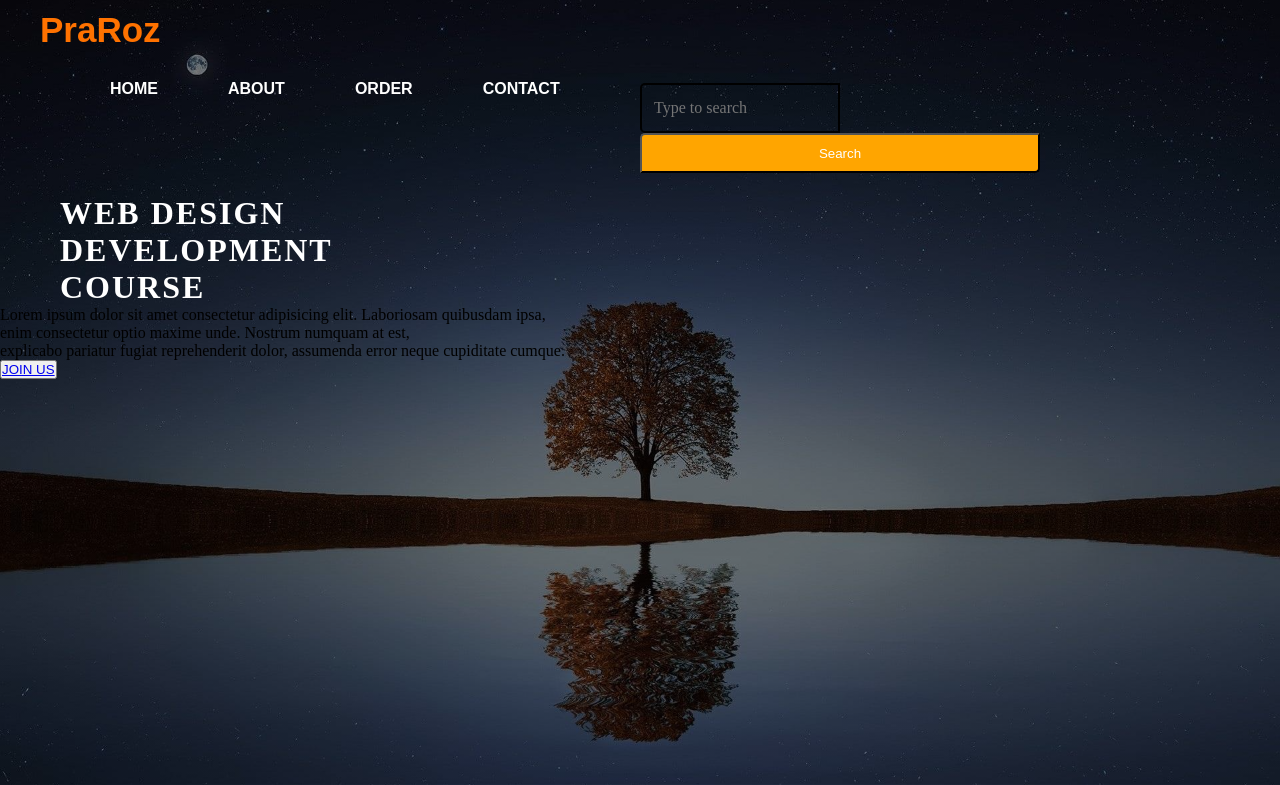
Repository: Cedrqmwesigwa/web-design-course
Page: index.html
An editor plug-in stored every save of this project. The page is shown before and after the next save, followed by the edit.
The browser window is 1280 px wide. The pictures show the whole page.

Above is the page before, as saved 2024-04-03 20:31:43.

### index.html
<!DOCTYPE html>
<html lang="en">
<head>
    <title>Web development html</title>
    <link rel="stylesheet" href="style.css"/>
</head>
<body>
    <div class="main">
        <div class="navbar">

            <div class="icon">
                <h2 class="logo">PraRoz</h2>
            </div>

            <div class="menu">
                <ul>
                    <li><a href="#">HOME</a></li>
                    <li><a href="#">ABOUT</a></li>
                    <li><a href="#">ORDER</a></li>
                    <li><a href="#">CONTACT</a></li>
                </ul>
            </div>

            <div class="search">
                <input type="search" class="srch" name="" placeholder="Type to search">
                <a href="#"><button class="btn">Search</button></a>
            </div>

        </div>

        <div class="content">
            <h1>WEB DESIGN <br>
            <span>DEVELOPMENT</span>
            <br>COURSE</h1>
        </div>

        <p class="par">Lorem ipsum dolor sit amet consectetur adipisicing elit. Laboriosam quibusdam ipsa,<br>
            enim consectetur optio maxime unde. Nostrum numquam at est,
            <br>explicabo pariatur fugiat reprehenderit dolor, assumenda error neque cupiditate cumque.
        </p>


        <button class="cn">
            <a href="#">JOIN US</a>
        </button>
    </div>


</body>
</html>

### style.css
*{
    margin: 0;
    padding: 0;
}

.main{
    width: 100% ;
    background: linear-gradient(to top, rgba(0,0,0,0.5)50%, rgba(0, 0, 0, 0.5)50%), url(1.jpg);
    background-position: center;
    background-size: cover;
    height: 109vh;
}

.navbar{
    width: 1200px;
    height: 75px;
    margin:  auto;
}

.icon{
    width: 200px;
    font: left;
    height: 70px;
}

.logo {
    color: #ff7200;
    font-size: 35px;
    font-family: Arial;
    float: left;
    padding-top: 10px;
}

.menu{
    width: 400px;
    float: left;
    height: 70px;
}

ul{
    float: left;
    display: flex;
    justify-content: center;
    align-items: center;
}

ul li{
    list-style: none;
    margin-left: 70px;
    margin-top: 10px;
    font-size: 16px;
}

ul li a{
    text-decoration: none;
    color: white;
    font-family: Arial;
    font-weight: bold;
    transition: .4 ease-in-out;
}

ul li a:hover{
    color:#ff7200
}

.search{
    width: 400px;
    float: left;
    margin-left: 200px;
}

.srch{
    font-family: "Times New Roman";
    width: 200px;
    height: 50px;
    padding: 3%;
    background: transparent;
    border-top: 5px;
    border-bottom-left-radius: 5px;
    border-top-left-radius: 5px;
    font-size: 16px;
    color: white;
    margin-top:13px;
    border: 2px solid  #000;
}

.btn{
    width:100%;
    height: 40px;
    background: orange;
    color: white;
    border-bottom-right-radius: 5px;
    border-top-left-radius: 5px;
}

.btn:focus{
    outline: none;
}
.srch:focus{
    outline:none;
}

.content{
    width: 1200px;
    height: auto;
    margin: auto;
    color: white;
    position: relative
}
.content.par{
    padding-left: 20px;
    padding-bottom: 20px;
    font-family: Arial;
    letter-spacing: 1.2px;
    line-height: 30px;
}

.content h1{
    font-family: 'Times New Roman', Times, serif;
    size: 50px;
    padding-left: 20px;
    margin-top: 10%;
    letter-spacing: 2px;
}

After the next save:
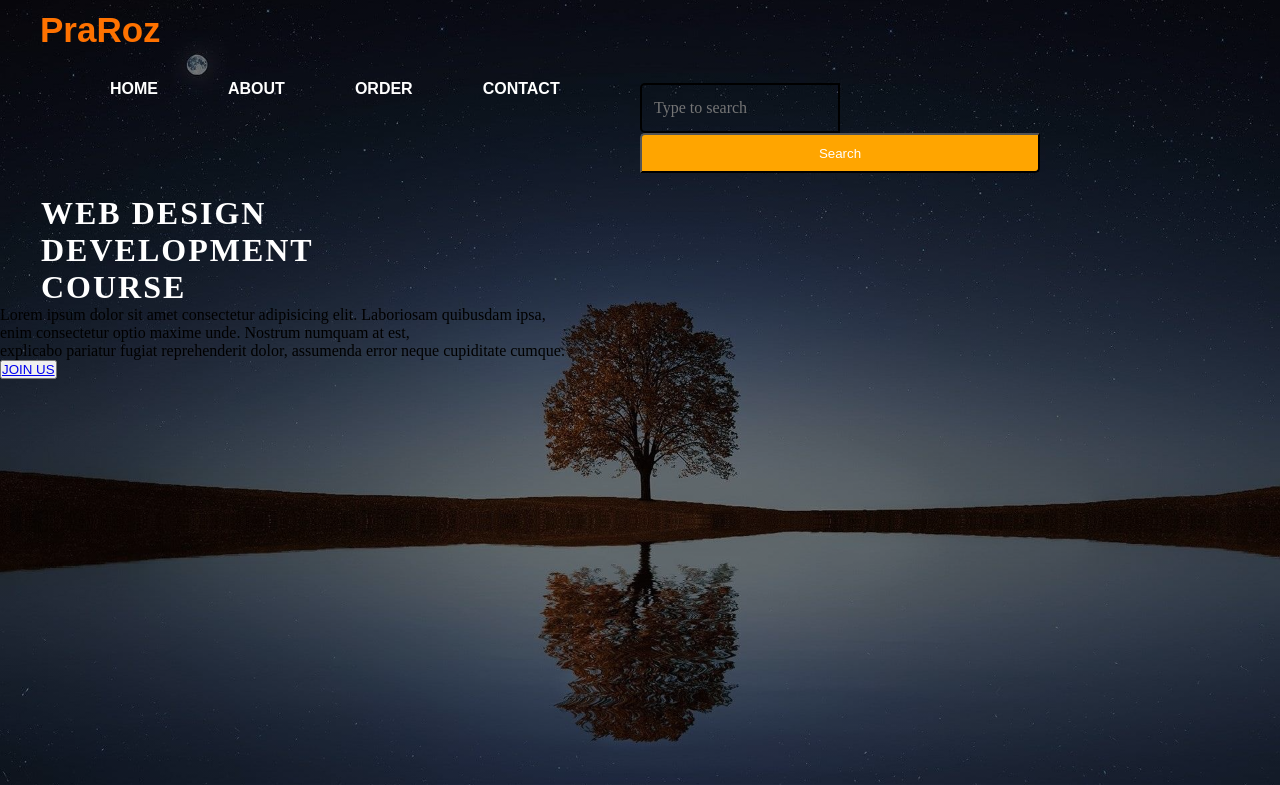
Saved 17 s later.
--- a/style.css
+++ b/style.css
@@ -118,7 +118,7 @@ ul li a:hover{
 .content h1{
     font-family: 'Times New Roman', Times, serif;
     size: 50px;
-    padding-left: 20px;
+    padding-left: 1px;
     margin-top: 10%;
     letter-spacing: 2px;
 }
